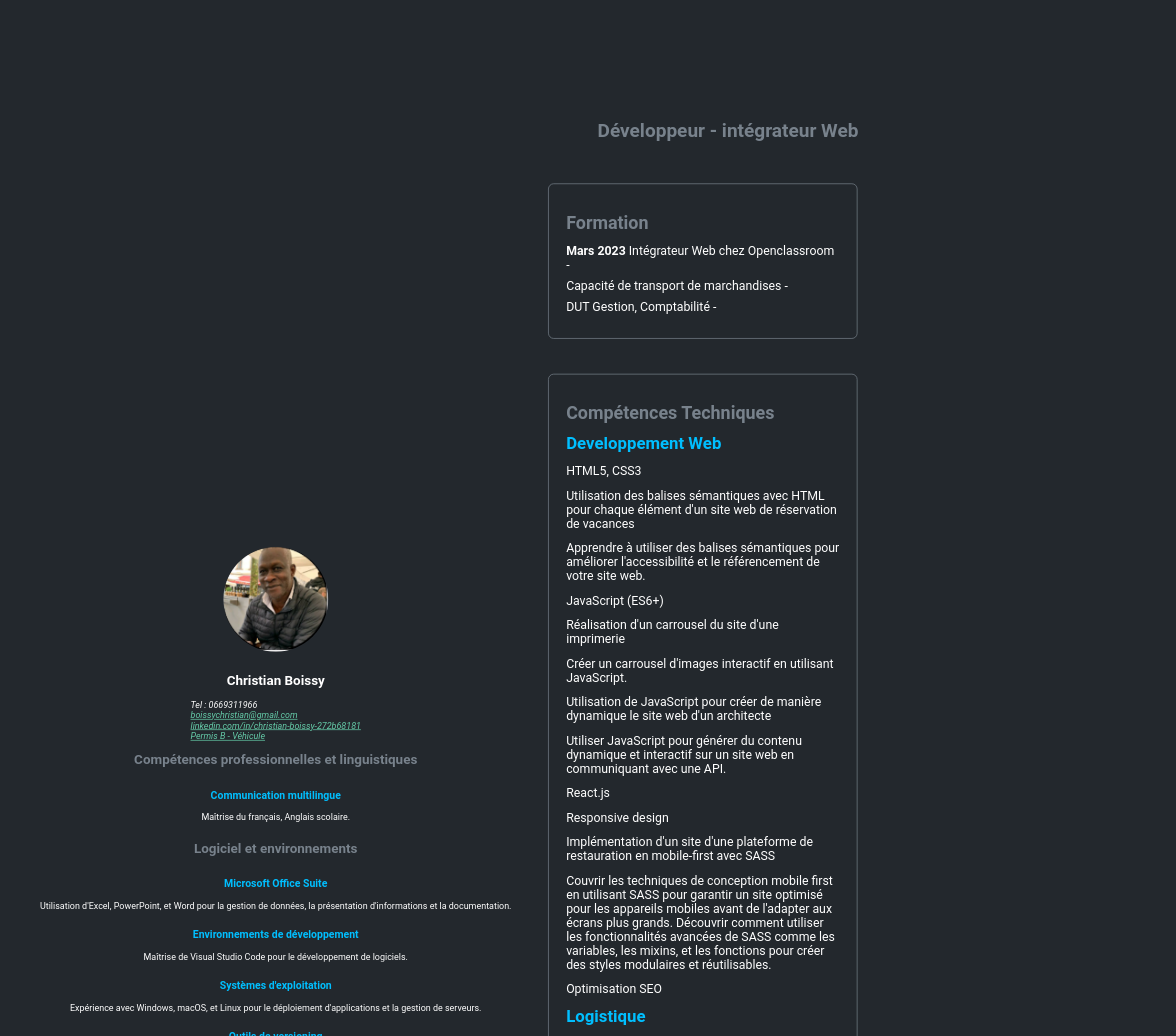
Repository: Christian121966/cv-logistique
Page: /
These files come from the project's save history. The page is drawn as it stood at one moment and after the next save; the edit follows.
The browser window is 1280 px wide. The page is 1680 px wide, so the pictures cover 1680 px, including what lies to the right of the window. The pictures show the part of the page from y = 0 to 1480 px (the page is 2702 px tall), at 70% of full size.
The project was rebuilt for these pictures with package versions that can differ from the ones it lists, and the page was loaded fresh each time.

Above is the page before, as saved 2024-07-27 19:37:10.

### public/index.html
<!DOCTYPE html>
<html lang="en">
  <head>
    <meta charset="utf-8" />
    <link rel="icon" href="%PUBLIC_URL%/favicon.ico" />
    <meta name="viewport" content="width=device-width, initial-scale=1" />
    <meta name="theme-color" content="#000000" />
    <meta name="description" content="Curriculum Vitae de Christian Boissy, développeur web front-end" />
    <meta name="keywords" content="Christian Boissy, CV, développeur front-end, React, Node.js, JavaScript" />
    <meta name="author" content="Christian Boissy" />

    <!-- Open Graph Meta Tags -->
    <meta property="og:title" content="CV de Christian Boissy" />
    <meta property="og:description" content="Curriculum Vitae de Christian Boissy, développeur web front-end" />
    <meta property="og:image" content="%PUBLIC_URL%/logo192.png" />
    <meta property="og:url" content="https://christian121966.github.io/cv-christian-boissy/" />
    <meta property="og:type" content="website" />

    <!-- Twitter Card Meta Tags -->
    <meta name="twitter:card" content="summary_large_image" />
    <meta name="twitter:title" content="CV de Christian Boissy" />
    <meta name="twitter:description" content="Curriculum Vitae de Christian Boissy, développeur web front-end" />
    <meta name="twitter:image" content="%PUBLIC_URL%/logo192.png" />

    <link rel="apple-touch-icon" href="%PUBLIC_URL%/logo192.png" />
    <link rel="manifest" href="%PUBLIC_URL%/manifest.json" />
    <title>CV-CHRISTIAN-BOISSY</title>

    <!-- Google Analytics -->
    <script async src="https://www.googletagmanager.com/gtag/js?id=G-K4EJ3NRTQS"></script>
    <script>
      window.dataLayer = window.dataLayer || [];
      function gtag(){dataLayer.push(arguments);}
      gtag('js', new Date());
      gtag('config', 'G-K4EJ3NRTQS');
    </script>
  </head>
  <body>
    <noscript>You need to enable JavaScript to run this app.</noscript>
    <div id="root"></div>
    <!--
      This HTML file is a template.
      If you open it directly in the browser, you will see an empty page.

      You can add webfonts, meta tags, or analytics to this file.
      The build step will place the bundled scripts into the <body> tag.

      To begin the development, run `npm start` or `yarn start`.
      To create a production bundle, use `npm run build` or `yarn build`.
    -->
  </body>
</html>

### src/index.js
import React from 'react';
import ReactDOM from 'react-dom/client';
import './index.css';
import App from './App';
import ReactGA from 'react-ga4';

ReactGA.initialize('G-K4EJ3NRTQS', {
  cookieFlags: 'SameSite=None; Secure'
});

ReactGA.send('pageview');

const root = ReactDOM.createRoot(document.getElementById('root'));
root.render(
  <React.StrictMode>
    <App />
  </React.StrictMode>
);

### src/App.js
import React from 'react';
import './App.css';
import Footer from './components/Footer';
import Section from './components/Section';
import Sidebar from './components/Sidebar';
import Formation from './components/Formation';
import CompetencesTechniques from './components/CompetencesTechniques';
import ExperiencesProfessionnelles from './components/ExperiencesProfessionnelles';

function App() {
  return (
    <div className="App">
      <header className="cv-title">
        <h1>Développeur - intégrateur Web</h1>
      </header>
      <div className="container">
        <Sidebar />
        <main>
          <div className="card">
            <Section title="Formation">
              <Formation />
            </Section>
          </div>
          <div className="card">
            <Section title="Compétences Techniques">
              <CompetencesTechniques />
            </Section>
          </div>
          <div className="card">
            <Section title="Expériences Professionnelles">
              <ExperiencesProfessionnelles />
            </Section>
          </div>
        </main>
      </div>
      <Footer />
    </div>
  );
}

export default App;

### src/App.css
@charset "UTF-8";
/* Variables de couleurs */
/* Mixins */
*,
*::before,
*::after {
  box-sizing: border-box;
  margin: 0;
  padding: 0;
}

body {
  background-color: rgb(35, 40, 45);
  color: rgb(255, 255, 255);
  font-family: "Roboto", sans-serif;
  padding: 0;
  margin: 0;
  overflow-x: hidden;
  overflow-y: auto;
}
body header.cv-title {
  display: flex;
  justify-content: center;
  position: relative;
  top: 185px;
  left: 0;
  margin-bottom: 2px;
}
body header.cv-title h1 {
  color: rgb(120, 130, 140);
  font-size: 1em;
}
body .container {
  display: flex;
  flex-direction: column;
  padding: 10px;
}
body .container .container {
  display: flex;
  flex-direction: column;
  padding: 10px;
}
body .container .sidebar {
  width: 100%;
  font-size: 0.8em;
  display: flex;
  flex-direction: column;
  justify-content: center;
  align-items: center;
  padding: 2px;
}
body .container .sidebar h2 {
  font-size: 1.5em;
  text-align: center;
  margin: 15px 0 15px 0;
  color: rgb(120, 130, 140);
}
body .container .sidebar .profile-photo {
  width: 150px;
  height: 150px;
  border-radius: 50%;
  margin-bottom: 30px;
  cursor: pointer;
  transition: width 0.3s ease, height 0.3s ease;
}
body .container .sidebar .profile-photo:hover {
  width: 360px;
  height: 360px;
  border-radius: 50%;
  margin-bottom: 30px;
}
body .container .sidebar address {
  margin-top: 15px;
}
body .container .sidebar address a {
  color: mediumaquamarine;
}
body .container .sidebar ul {
  list-style-type: none;
  text-align: center;
}
body .container .sidebar ul h3 {
  margin: 15px 0 15px 0;
  color: deepskyblue;
}
body .container .sidebar ul li {
  display: flex;
  flex-direction: column;
  margin-bottom: 10px;
  overflow-y: auto;
}
body .container .sidebar ul li li > span {
  display: block; /* Assurez-vous que span est affiché comme bloc */
  text-align: center; /* Exemple de centrage de span */
  color: #777; /* Exemple de couleur de texte */
}
body main {
  margin: 0;
}
body section h2 {
  font-size: 1.2em;
  margin: 15px 0 15px 0;
}
body .card {
  margin: 5px;
  padding: 10px;
  background: rgb(35, 40, 45);
  border: 1px solid rgb(120, 130, 140);
  border-radius: 8px;
}
body .card div, body .card ul {
  font-size: 0.9em;
  list-style-type: none;
  margin-bottom: 10px;
}
body .card h2 {
  color: rgb(120, 130, 140);
}
body .card h3 {
  font-size: 1.1em;
  margin: 15px 0 15px 0;
  color: deepskyblue;
}
body li {
  margin-bottom: 15px;
}
body p {
  font-size: 1em;
}
body footer p {
  font-size: 0.6em;
  display: flex;
  justify-content: center;
  text-align: center;
}

/* Pour les écrans de 320px à 425px */
@media screen and (max-width: 425px) {
  body header.cv-title {
    position: relative;
    top: 190px;
    left: 0;
    margin-bottom: 2px;
    text-align: center;
  }
  body header.cv-title h1 {
    color: rgb(120, 130, 140);
    font-size: 1.2em;
  }
  body .container {
    display: flex;
    flex-direction: column;
    padding: 10px;
  }
  body .sidebar {
    width: 100%;
    font-size: 0.8em;
    display: flex;
    flex-direction: column;
    justify-content: center;
    align-items: center;
    padding: 2px;
  }
  body .sidebar h2 {
    font-size: 1.1em;
    text-align: center;
    margin: 15px 0;
    color: rgb(120, 130, 140);
  }
  body .sidebar .profile-photo {
    width: 150px;
    height: 150px;
    border-radius: 50%;
    margin-bottom: 30px;
  }
  body .sidebar address {
    margin-top: 0;
  }
  body .sidebar address a {
    color: mediumaquamarine;
  }
  body .sidebar ul {
    list-style-type: none;
  }
  body .sidebar ul h3 {
    margin: 15px 0;
    color: deepskyblue;
    text-align: center;
  }
  body .sidebar ul li {
    margin-bottom: 10px;
    text-align: center;
  }
  body .sidebar ul li span {
    display: block;
    color: #ccc;
  }
  body main {
    margin: 0;
    padding: 15px;
  }
  body section h2 {
    font-size: 1.3em;
    margin: 15px 0;
  }
  body .card {
    margin: 10px;
    padding: 12px;
    background: rgb(35, 40, 45);
    border: 1px solid rgb(120, 130, 140);
    border-radius: 8px;
  }
  body .card div, body .card ul {
    font-size: 0.9em;
    list-style-type: none;
  }
  body .card h3 {
    font-size: 1.2em;
    margin: 15px 0;
    color: deepskyblue;
  }
  body p {
    font-size: 1em;
  }
  body footer p {
    font-size: 0.8em;
    display: flex;
    justify-content: center;
    text-align: center;
    margin: 10px;
  }
}
/* Pour les écrans de 768px et plus */
@media screen and (min-width: 768px) {
  body header.cv-title {
    top: 140px;
    left: 160px;
    margin-bottom: 20px;
  }
  body header.cv-title h1 {
    font-size: 1.5em;
  }
  body .container {
    display: flex;
    flex-direction: row;
    padding: 25px;
  }
  body .sidebar {
    width: 35%;
    font-size: 1.1em;
    padding: 15px;
    display: flex;
    flex-direction: column;
    justify-content: flex-start;
    align-items: center;
  }
  body .sidebar .profile-photo {
    width: 180px;
    height: 180px;
  }
  body .sidebar h2 {
    font-size: 1.3em;
  }
  body main {
    width: 65%;
    padding: 0 25px;
    display: flex;
    flex-direction: column;
    margin-top: 150px;
  }
  body section h2 {
    font-size: 1.5em;
  }
  body .card {
    margin: 20px 0;
    padding: 20px;
    background: rgb(35, 40, 45);
    border: 1px solid rgb(120, 130, 140);
    border-radius: 8px;
  }
  body .card div, body .card ul {
    font-size: 0.9em;
  }
  body .card h3 {
    font-size: 1.4em;
  }
  body p {
    font-size: 0.9em;
  }
  footer {
    display: flex;
    justify-content: center;
    align-items: center;
    margin-top: 20px;
  }
  footer p {
    font-size: 0.8em;
  }
}
/* Pour les écrans de 1024px et plus */
@media screen and (min-width: 1024px) {
  body header.cv-title {
    top: 170px;
    left: 400px;
    margin-bottom: 25px;
    overflow-y: hidden;
    overflow-x: hidden;
  }
  body header.cv-title h1 {
    font-size: 1.7em;
  }
  body .container {
    padding: 30px;
  }
  body .sidebar {
    width: 35%;
    font-size: 1.2em;
    padding: 20px;
  }
  body .sidebar .profile-photo {
    width: 190px;
    height: 190px;
  }
  body .sidebar h2 {
    font-size: 1.4em;
  }
  body section h2 {
    font-size: 1.6em;
  }
  body .card {
    margin: 25px 0;
    padding: 25px;
  }
  body .card div, body .card ul {
    font-size: 1.1em;
  }
  body .card h3 {
    font-size: 1.5em;
  }
  body p {
    font-size: 1em;
  }
}/*# sourceMappingURL=App_20240727193710.css.map */

### src/components/Footer.js
import React from 'react';

const Footer = () => {
  return (
    <footer>
      <p>© 2024 Christian Boissy. Tous droits réservés.</p>
    </footer>
  );
};

export default Footer;

### src/components/Section.js
import React from 'react';

const Section = ({ title, children }) => {
  return (
    <section>
      <h2>{title}</h2>
      {children}
    </section>
  );
};

export default Section;

### src/components/Formation.js
import React from 'react';
import cvData from '../data/cvData';

function Formation() {
  return (
    <>
      {cvData.formation.map((item, index) => (
        <div key={index}>
          <strong>{item.date}</strong> {item.title} - {item.details}
        </div>
      ))}
    </>
  );
}

export default Formation;

### src/components/CompetencesTechniques.js
import React from 'react';
import cvData from '../data/cvData';

function CompetencesTechniques() {
  // Liste des éléments à mettre en gras
  const boldItems = [
    "Developpement Web",
    "Logistique",
    "Capacité de transport de marchandises",
    "CACES 1, 2, 3 & 5",
    "Communication"
  ];

  // Fonction pour vérifier si l'élément doit être en gras
  const isBold = (item) => {
    return boldItems.some(boldItem => item.includes(boldItem));
  };

  return (
    <>
      <h3>Developpement Web</h3>
      <ul>
        {cvData.competences.developpementWeb.map((item, index) => (
          <li key={index}>
            {isBold(item) ? <strong>{item}</strong> : item}
          </li>
        ))}
      </ul>
      <h3>Logistique</h3>
      <ul>
        {cvData.competences.logistique.map((item, index) => (
          <li key={index}>
            {isBold(item) ? <strong>{item}</strong> : item}
          </li>
        ))}
      </ul>
      {/* <h3>Communication</h3>
      <ul>
        {cvData.competences.communication.map((item, index) => (
          <li key={index}>
            {isBold(item) ? <strong>{item}</strong> : item}
          </li>
        ))}
      </ul> */}
    </>
  );
}

export default CompetencesTechniques;

### src/components/ExperiencesProfessionnelles.js
import React from 'react';
import cvData from '../data/cvData';

function ExperiencesProfessionnelles() {
  // Vérifiez que cvData.experiences est défini et qu'il s'agit d'un tableau
  if (!cvData.experiences || !Array.isArray(cvData.experiences)) {
    return <div>Aucune expérience professionnelle disponible.</div>;
  }

  return (
    <div>
      {cvData.experiences.map((exp, index) => (
        <div key={index}>
          <h3>{exp.title}</h3>
          <p>{exp.date}</p>
          {exp.details && exp.details.map((detail, idx) => (
            typeof detail === 'string' ?
              <p key={idx}>{detail}</p> :
              <div key={idx}>
                <strong>{detail.highlight}</strong>
                {detail.list ? <ul>{detail.list.map((item, itemIdx) => <li key={itemIdx}>{item}</li>)}</ul> : <p>{detail.description}</p>}
              </div>
          ))}
          {/* Si exp.details n'est pas défini, affichez un message ou laissez vide */}
          {!exp.details && <p></p>}
        </div>
      ))}
    </div>
  );
}

export default ExperiencesProfessionnelles;

### src/data/cvData.js
const cvData = {
    formation: [
      {
        date: "Mars 2023",
        title: "Intégrateur Web chez Openclassroom",
        /*details: "HTML/CSS - JavaScript - React - Redux - MongoDB - Git - GitHub - Responsive design"*/
      },
      {
        title: "Capacité de transport de marchandises",
      },
      {
        title: "DUT Gestion, Comptabilité"
      }
    ],
    competences: {
      developpementWeb: [
        "HTML5, CSS3",
        "Utilisation des balises sémantiques avec HTML pour chaque élément d'un site web de réservation de vacances",
        "Apprendre à utiliser des balises sémantiques pour améliorer l'accessibilité et le référencement de votre site web.",
        "JavaScript (ES6+)",
        "Réalisation d'un carrousel du site d'une imprimerie",
        "Créer un carrousel d'images interactif en utilisant JavaScript.",
        "Utilisation de JavaScript pour créer de manière dynamique le site web d'un architecte",
        "Utiliser JavaScript pour générer du contenu dynamique et interactif sur un site web en communiquant avec une API.",
        "React.js",
        "Responsive design",
        "Implémentation d'un site d'une plateforme de restauration en mobile-first avec SASS",
        "Couvrir les techniques de conception mobile first en utilisant SASS pour garantir un site optimisé pour les appareils mobiles avant de l'adapter aux écrans plus grands. Découvrir comment utiliser les fonctionnalités avancées de SASS comme les variables, les mixins, et les fonctions pour créer des styles modulaires et réutilisables.",
        "Optimisation SEO"
      ],
      logistique: [

        "Capacité de transport de marchandises :",
        "Gestion d'une société de transport de marchandises",
        "Gestion de personnel",
        "Gestion des stocks",
        "Communication :",
        "Gestion des contacts",
        "Gestion du personnel"
      ]
    },
    experiences: [
      {
        date: "Déc. 2021 - Juin 2022",
        title: "First Stop Sartrouville - Herblay",
        details: [
          { highlight: "Livraison de pneus en Ile de France, gestion des commandes et des stocks" },
        ]
      },
      {
        date: "2007 - 2021",
        title: "Gérant de société de transport - Paris",
        details: [
          { highlight: "Livraison de colis en partenariat avec Colisweb"},
          { highlight: "Livraison avec SVP"},
          { highlight: "Livraison avec CG Courses"}
        ]
      },
      {
        date: "1999 - 2007",
        title: "Cariste gestionnaire de stocks - Rougier Panneaux - Gennevilliers",
        details: [
          { highlight: "Chargement et déchargemement de colis de panneaux de bois"},
          { highlight: "Gestion du stock"},
          { highlight: "Préparation des commandes"}
        ]
      }
    ]
  };

  export default cvData;

Loaded but not shown: src/index.css (common file); src/components/Sidebar.js (86 lines, source omitted)

After the next save:
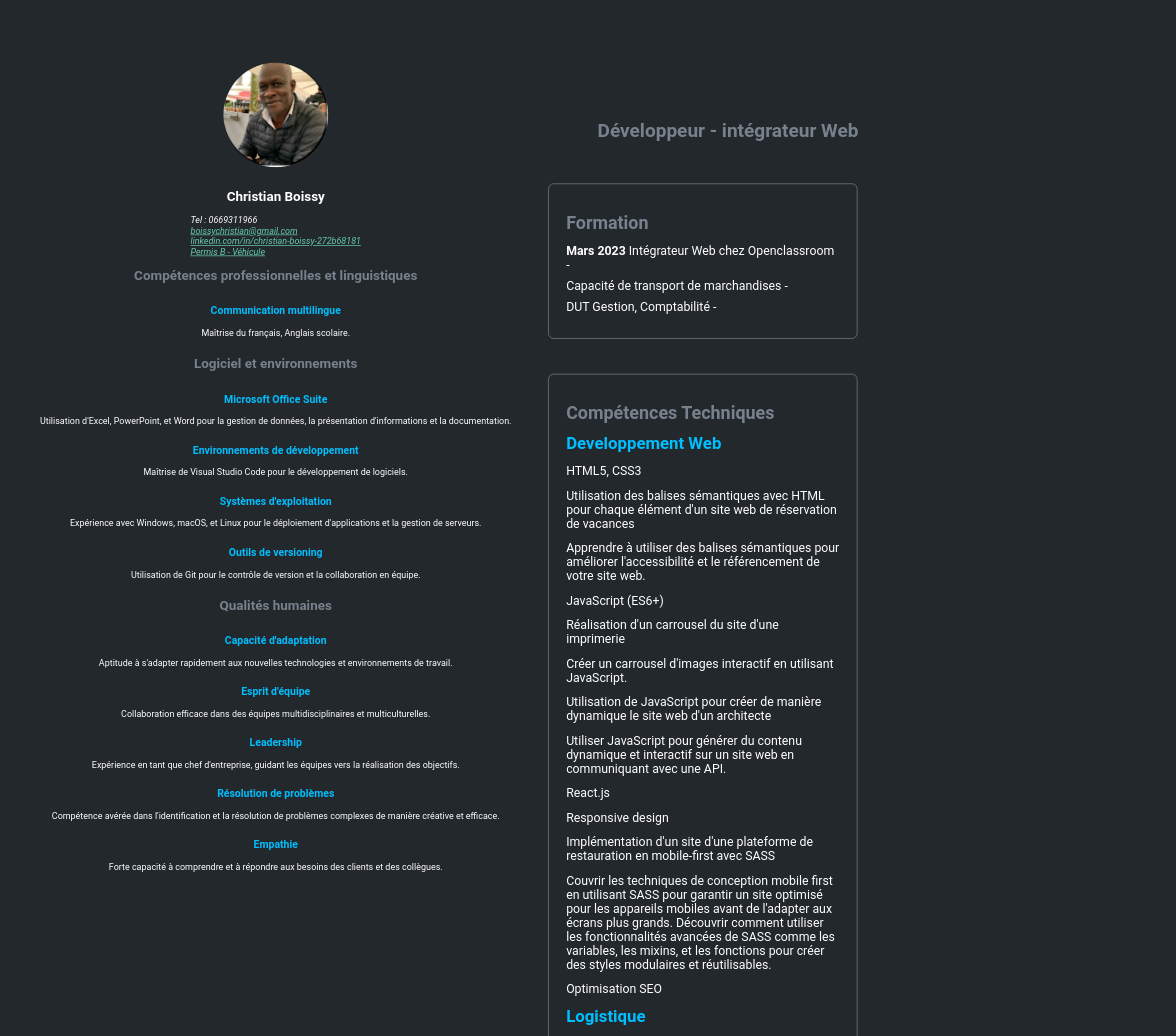
Saved 1 s later.
--- a/src/App.css
+++ b/src/App.css
@@ -42,6 +42,8 @@
 }
 body .container .sidebar {
   width: 100%;
+  height: -moz-max-content;
+  height: max-content;
   font-size: 0.8em;
   display: flex;
   flex-direction: column;
@@ -340,4 +342,4 @@
   body p {
     font-size: 1em;
   }
-}/*# sourceMappingURL=App_20240727193710.css.map */
+}/*# sourceMappingURL=App_20240727193711.css.map */

After the 4 saves that followed:
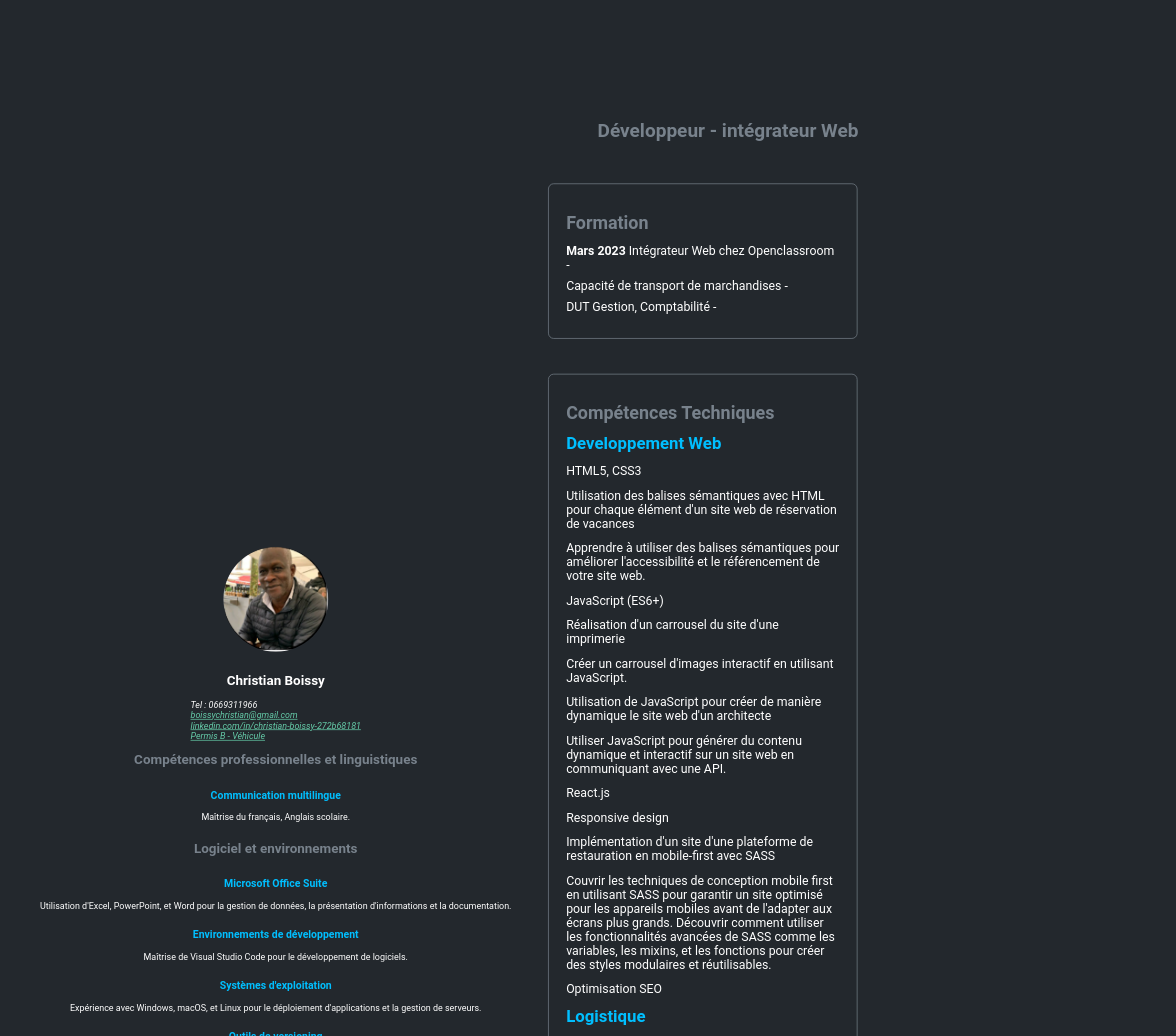
The 4 saves are shown as one change because 3 left the picture as it was.
The last was saved 2 min 25 s later.
--- a/src/App.css
+++ b/src/App.css
@@ -42,8 +42,6 @@
 }
 body .container .sidebar {
   width: 100%;
-  height: -moz-max-content;
-  height: max-content;
   font-size: 0.8em;
   display: flex;
   flex-direction: column;
@@ -342,4 +340,4 @@
   body p {
     font-size: 1em;
   }
-}/*# sourceMappingURL=App_20240727193711.css.map */
+}/*# sourceMappingURL=App_20240727193936.css.map */
